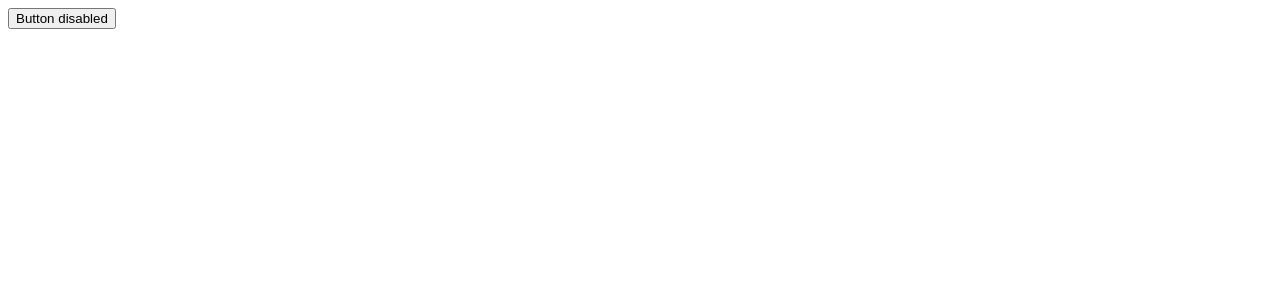
Repository: Samtrapskin/Time-to-learn-Vue.JS
Page: lara.html
An editor plug-in stored every save of this project. The page is shown before and after the next save, followed by the edit.
The browser window is 1280 px wide. The pictures show the whole page.
Some web libraries are served in a nearby version.

Above is the page before, as saved 2018-07-03 13:29:35.

After the next save:
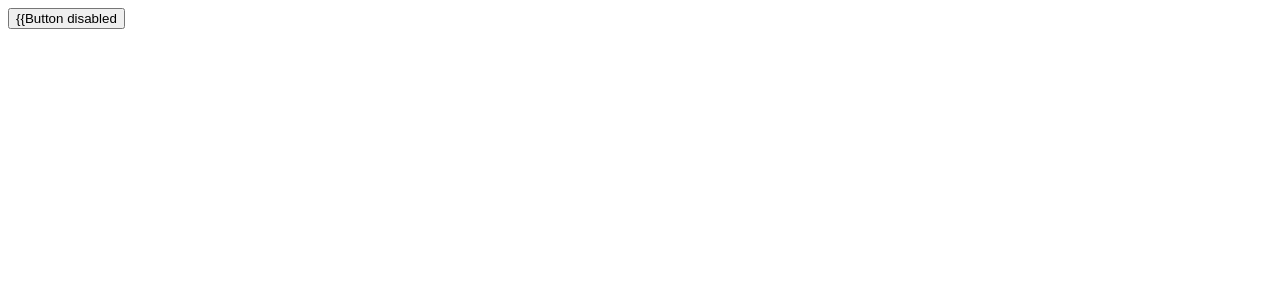
Saved 19 s later.
--- a/lara.html
+++ b/lara.html
@@ -9,7 +9,7 @@
 <body>
     <div id="root">
 
-      <button id="button" @click="toggle">Button disabled</button>
+      <button id="button" @click="toggle">{{Button disabled</button>
     </div>
         <script src="https://cdn.jsdelivr.net/npm/vue@2.5.16/dist/vue.js"></script>
 
